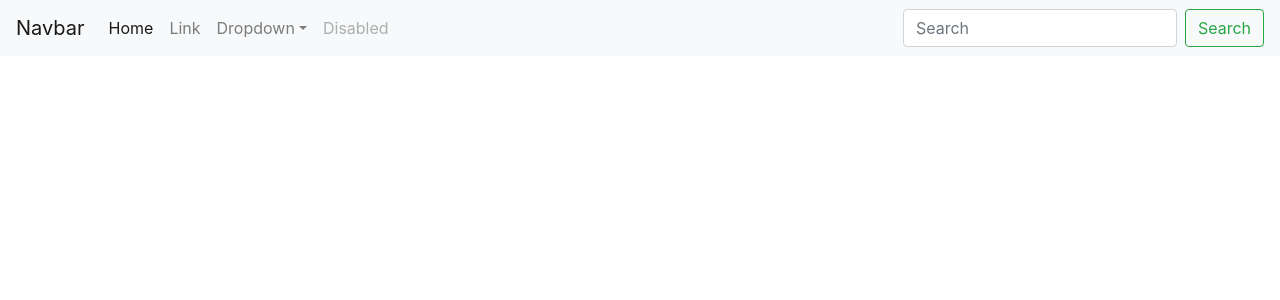
Repository: ShivamPatidar1906/iNotebook
Page: /
The author's editor kept a copy of each file at every save. The page is drawn from the files as they stood at one save, then again after the next save.
The browser window is 1280 px wide. The pictures show the whole page.
The project was rebuilt for these pictures with package versions that can differ from the ones it lists, and the page was loaded fresh each time.

Above is the page before, as saved 2023-02-22 22:54:12.

### public/index.html
<!DOCTYPE html>
<html lang="en">
  <head>
    <meta charset="utf-8" />
    <link rel="icon" href="%PUBLIC_URL%/favicon.ico" />
    <meta name="viewport" content="width=device-width, initial-scale=1" />
    <meta name="theme-color" content="#000000" />
    <meta
      name="description"
      content="Web site created using create-react-app"
    />
    <link rel="apple-touch-icon" href="%PUBLIC_URL%/logo192.png" />
    <!--
      manifest.json provides metadata used when your web app is installed on a
      user's mobile device or desktop. See https://developers.google.com/web/fundamentals/web-app-manifest/
    -->
    <link rel="manifest" href="%PUBLIC_URL%/manifest.json" />
    <!--
      Notice the use of %PUBLIC_URL% in the tags above.
      It will be replaced with the URL of the `public` folder during the build.
      Only files inside the `public` folder can be referenced from the HTML.

      Unlike "/favicon.ico" or "favicon.ico", "%PUBLIC_URL%/favicon.ico" will
      work correctly both with client-side routing and a non-root public URL.
      Learn how to configure a non-root public URL by running `npm run build`.
    -->
    <link rel="stylesheet" href="https://cdn.jsdelivr.net/npm/bootstrap@4.6.2/dist/css/bootstrap.min.css" integrity="sha384-xOolHFLEh07PJGoPkLv1IbcEPTNtaed2xpHsD9ESMhqIYd0nLMwNLD69Npy4HI+N" crossorigin="anonymous">

    <title>React App</title>
  </head>
  <body>
    <noscript>You need to enable JavaScript to run this app.</noscript>
    <div id="root"></div>
    <!--
      This HTML file is a template.
      If you open it directly in the browser, you will see an empty page.

      You can add webfonts, meta tags, or analytics to this file.
      The build step will place the bundled scripts into the <body> tag.

      To begin the development, run `npm start` or `yarn start`.
      To create a production bundle, use `npm run build` or `yarn build`.
    -->
    <script src="https://cdn.jsdelivr.net/npm/jquery@3.5.1/dist/jquery.slim.min.js" integrity="sha384-DfXdz2htPH0lsSSs5nCTpuj/zy4C+OGpamoFVy38MVBnE+IbbVYUew+OrCXaRkfj" crossorigin="anonymous"></script>
    <script src="https://cdn.jsdelivr.net/npm/popper.js@1.16.1/dist/umd/popper.min.js" integrity="sha384-9/reFTGAW83EW2RDu2S0VKaIzap3H66lZH81PoYlFhbGU+6BZp6G7niu735Sk7lN" crossorigin="anonymous"></script>
    <script src="https://cdn.jsdelivr.net/npm/bootstrap@4.6.2/dist/js/bootstrap.min.js" integrity="sha384-+sLIOodYLS7CIrQpBjl+C7nPvqq+FbNUBDunl/OZv93DB7Ln/533i8e/mZXLi/P+" crossorigin="anonymous"></script>
  </body>
</html>

### src/App.js
import Navbar from "./component/Navbar";

function App() {
  return (
    <div>
      <Navbar></Navbar>
    </div>
  );
}

export default App;

### src/component/Navbar.js
import React from 'react'

function Navbar() {
  return (
    <div>
      <nav className="navbar navbar-expand-lg navbar-light bg-light">
  <a className="navbar-brand" href="/">Navbar</a>
  <button className="navbar-toggler" type="button" data-toggle="collapse" data-target="#navbarSupportedContent" aria-controls="navbarSupportedContent" aria-expanded="false" aria-label="Toggle navigation">
    <span className="navbar-toggler-icon"></span>
  </button>

  <div className="collapse navbar-collapse" id="navbarSupportedContent">
    <ul className="navbar-nav mr-auto">
      <li className="nav-item active">
        <a className="nav-link" href="/">Home <span className="sr-only">(current)</span></a>
      </li>
      <li className="nav-item">
        <a className="nav-link" href="/">Link</a>
      </li>
      <li className="nav-item dropdown">
        <a className="nav-link dropdown-toggle" href="/" role="button" data-toggle="dropdown" aria-expanded="false">
          Dropdown
        </a>
        <div className="dropdown-menu">
          <a className="dropdown-item" href="/">Action</a>
          <a className="dropdown-item" href="/">Another action</a>
          <div className="dropdown-divider"></div>
          <a className="dropdown-item" href="/">Something else here</a>
        </div>
      </li>
      <li className="nav-item">
        <a className="nav-link disabled">Disabled</a>
      </li>
    </ul>
    <form className="form-inline my-2 my-lg-0">
      <input className="form-control mr-sm-2" type="search" placeholder="Search" aria-label="Search"/>
      <button className="btn btn-outline-success my-2 my-sm-0" type="submit">Search</button>
    </form>
  </div>
</nav>
    </div>
  )
}

export default Navbar

Loaded but not shown: src/index.js (common file); src/index.css (common file); src/reportWebVitals.js (common file)

After the next save:
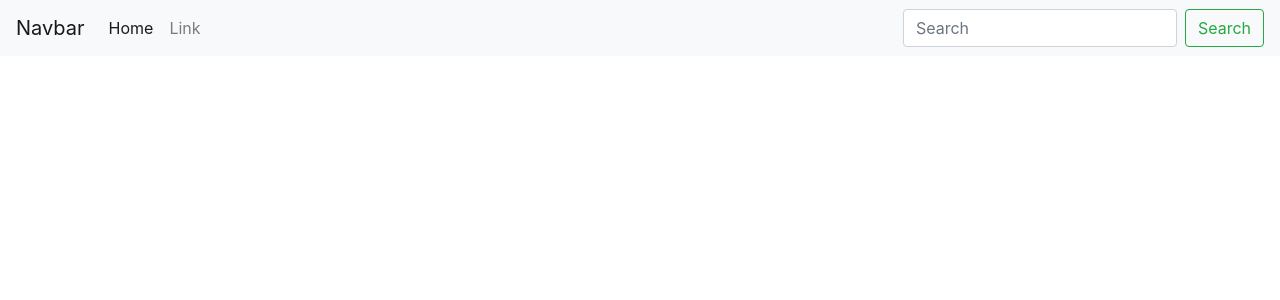
Saved 42 s later.
--- a/src/component/Navbar.js
+++ b/src/component/Navbar.js
@@ -17,20 +17,7 @@
       <li className="nav-item">
         <a className="nav-link" href="/">Link</a>
       </li>
-      <li className="nav-item dropdown">
-        <a className="nav-link dropdown-toggle" href="/" role="button" data-toggle="dropdown" aria-expanded="false">
-          Dropdown
-        </a>
-        <div className="dropdown-menu">
-          <a className="dropdown-item" href="/">Action</a>
-          <a className="dropdown-item" href="/">Another action</a>
-          <div className="dropdown-divider"></div>
-          <a className="dropdown-item" href="/">Something else here</a>
-        </div>
-      </li>
-      <li className="nav-item">
-        <a className="nav-link disabled">Disabled</a>
-      </li>
+
     </ul>
     <form className="form-inline my-2 my-lg-0">
       <input className="form-control mr-sm-2" type="search" placeholder="Search" aria-label="Search"/>
